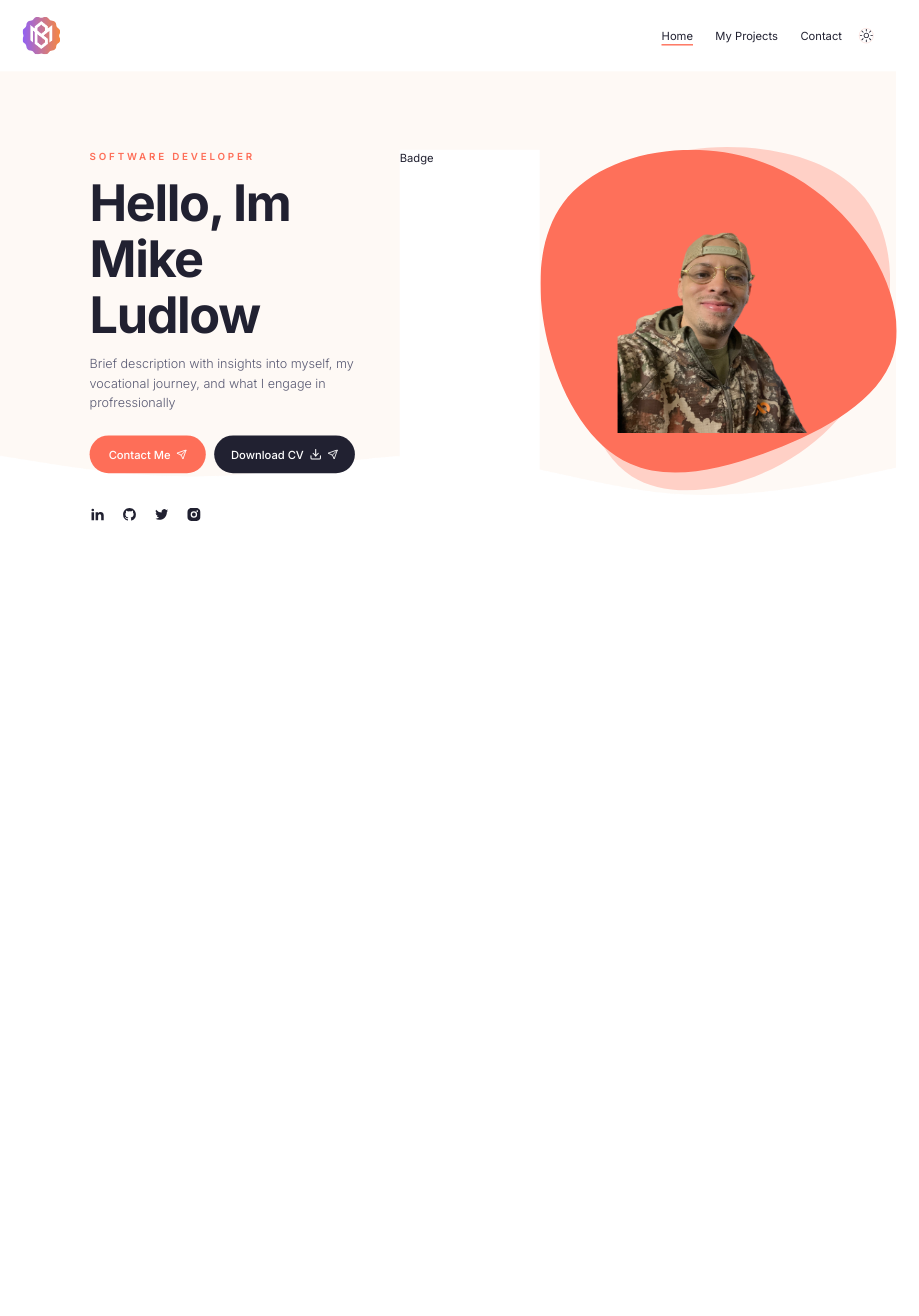
Repository: MikeeBuilds/mike-port
Page: /
These files come from the project's save history. The page is drawn as it stood at one moment and after the next save; the edit follows.
The browser window is 1280 px wide. The page is 1313 px wide, so the pictures cover 1313 px, including what lies to the right of the window. The pictures show the part of the page from y = 0 to 1880 px (the page is 4731 px tall), at 70% of full size.
The project was rebuilt for these pictures with package versions that can differ from the ones it lists, and the page was loaded fresh each time. The framework's server and built-in components were replaced by stand-ins that run in the browser. Also part of the build but not shown: next.config.js.

Above is the page before, as saved 2023-11-30 11:55:29.

After the next save:
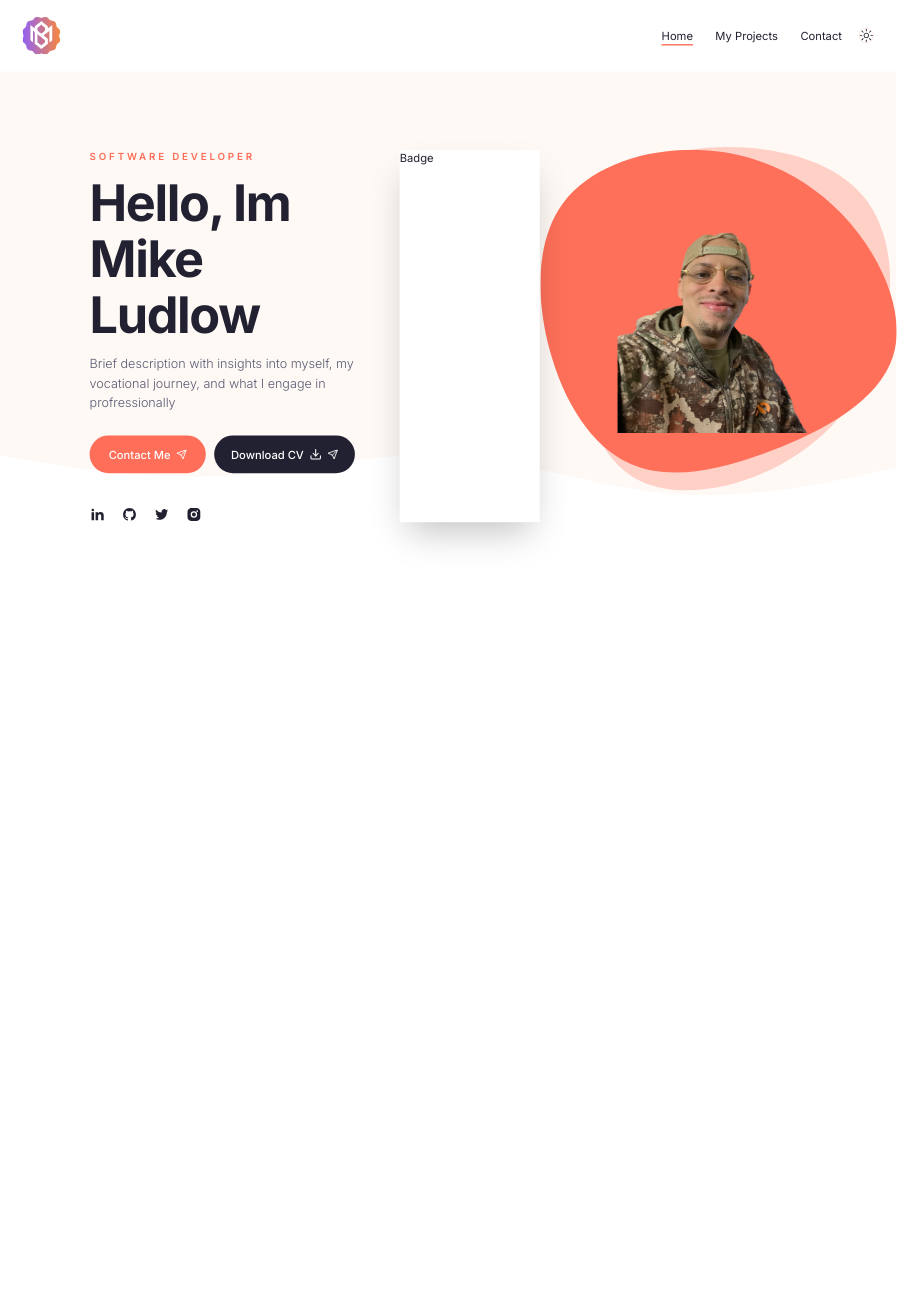
Saved 4 s later.
--- a/app/globals.css
+++ b/app/globals.css
@@ -71,5 +71,5 @@
 }
 
 .badge {
-  @apply z-10 w-[200px] bg-white dark:backdrop-blur-[44px]
+  @apply z-10 w-[200px] bg-white dark:backdrop-blur-[44px] shadow-2xl;
 }
